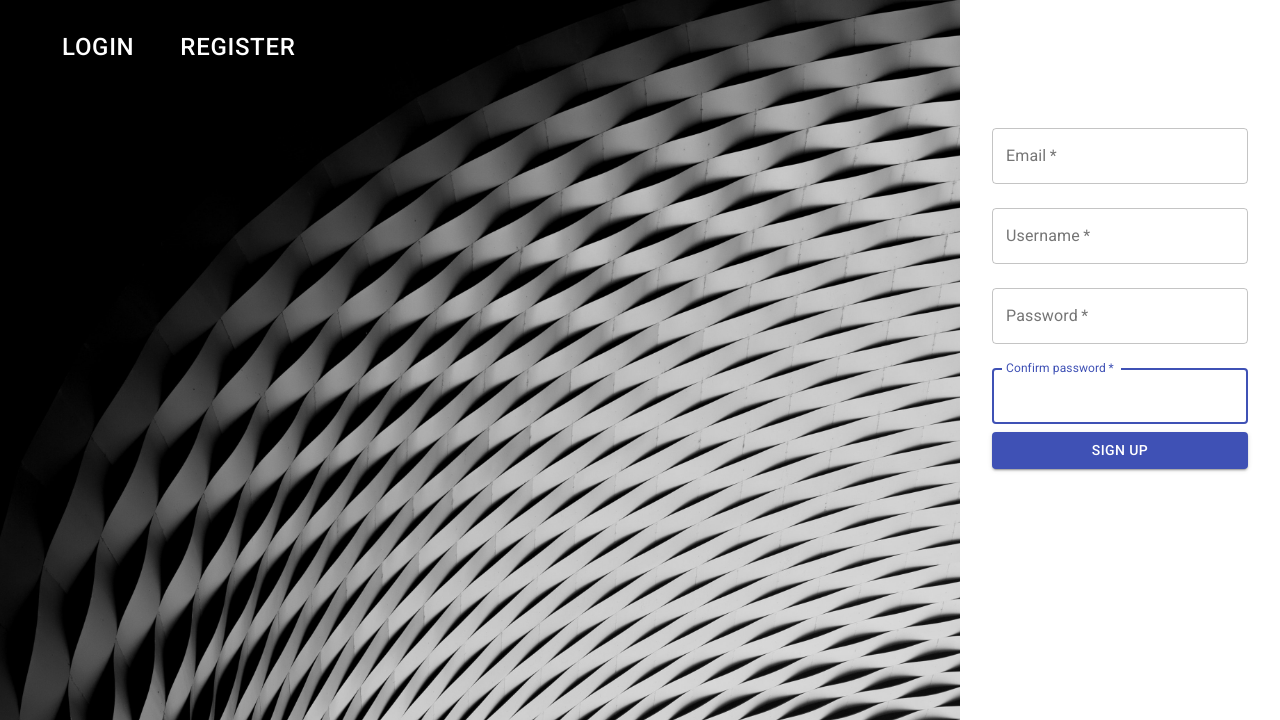
Repository: claudiuotea/FrontendAugmentator
Page: /account/register
An editor plug-in stored every save of this project. The page is shown before and after a run of saves, followed by the edit.
The browser window is 1280 px wide. The pictures show the whole page.
The project was rebuilt for these pictures with package versions that can differ from the ones it lists, and the page was loaded fresh each time. Also part of the build but not shown: src/Components/ForgotPassword.tsx, src/Components/ViewErrorInfo.tsx, src/Components/Login.tsx, src/Components/ResetPassword.tsx, src/Components/VerifyAccount.tsx, src/Utils/PrivateRoute.tsx, src/Services/AdminService.tsx, src/Components/EnhancedTableToolbar.tsx and 7 more.

Above is the page before, as saved 2021-05-18 00:37:31.

### public/index.html
<!DOCTYPE html>
<html lang="en">
  <head>
    <meta charset="utf-8" />
    <link rel="icon" href="%PUBLIC_URL%/favicon.ico" />
    <meta name="viewport" content="width=device-width, initial-scale=1" />
    <link rel="stylesheet" href="https://fonts.googleapis.com/css?family=Roboto:300,400,500,700&display=swap" />
    <link rel="stylesheet" href="https://fonts.googleapis.com/icon?family=Material+Icons" />
    <meta name="theme-color" content="#000000" />
    <meta
      name="description"
      content="Web site created using create-react-app"
    />
    <link rel="apple-touch-icon" href="%PUBLIC_URL%/logo192.png" />
    <!--
      manifest.json provides metadata used when your web app is installed on a
      user's mobile device or desktop. See https://developers.google.com/web/fundamentals/web-app-manifest/
    -->
    <link rel="manifest" href="%PUBLIC_URL%/manifest.json" />
    <!--
      Notice the use of %PUBLIC_URL% in the tags above.
      It will be replaced with the URL of the `public` folder during the build.
      Only files inside the `public` folder can be referenced from the HTML.

      Unlike "/favicon.ico" or "favicon.ico", "%PUBLIC_URL%/favicon.ico" will
      work correctly both with client-side routing and a non-root public URL.
      Learn how to configure a non-root public URL by running `npm run build`.
    -->
    <title>React App</title>
  </head>
  <body>
    <noscript>You need to enable JavaScript to run this app.</noscript>
    <div id="root"></div>
    <!--
      This HTML file is a template.
      If you open it directly in the browser, you will see an empty page.

      You can add webfonts, meta tags, or analytics to this file.
      The build step will place the bundled scripts into the <body> tag.

      To begin the development, run `npm start` or `yarn start`.
      To create a production bundle, use `npm run build` or `yarn build`.
    -->
  </body>
</html>

### src/App.tsx
import './App.css';
import { AppRoutes } from './Routes/AppRoutes';

function App() {
  return (
    <AppRoutes/>
  );
}

export default App;

### src/App.css
*{
  margin:0;
  padding:0;
}

.App {
  text-align: center;
}

.App-logo {
  height: 40vmin;
  pointer-events: none;
}

@media (prefers-reduced-motion: no-preference) {
  .App-logo {
    animation: App-logo-spin infinite 20s linear;
  }
}

.App-header {
  background-color: #282c34;
  min-height: 100vh;
  display: flex;
  flex-direction: column;
  align-items: center;
  justify-content: center;
  font-size: calc(10px + 2vmin);
  color: white;
}

.App-link {
  color: #61dafb;
}

@keyframes App-logo-spin {
  from {
    transform: rotate(0deg);
  }
  to {
    transform: rotate(360deg);
  }
}

/* De aici in jos pt contact*/

*, *:before, *:after {
  box-sizing: border-box;
  -webkit-font-smoothing: antialiased;
  -moz-osx-font-smoothing: grayscale;
}

body, button, input {
  font-family: 'Montserrat', sans-serif;
  font-weight: 700;
  letter-spacing: 1.4px;
}


.mainContainer {
  display: flex;
  height: "100vh";
  margin-top: 10%;
}

.formContainer {
  flex: 0 1 900px;
  margin: auto;
  padding: 10px;
}

.screen {
  position: relative;
  background: #3e3e3e;
  border-radius: 25px;
}

.screen:after {
  content: '';
  display: block;
  position: absolute;
  top: 0;
  left: 20px;
  right: 20px;
  bottom: 0;
  border-radius: 15px;
  box-shadow: 0 20px 40px rgba(0, 0, 0, .4);
  z-index: -1;
}

.screen-header {
  display: flex;
  align-items: center;
  padding: 10px 20px;
  background: #4d4d4f;
  border-top-left-radius: 15px;
  border-top-right-radius: 15px;
}

.screen-header-left {
  margin-right: auto;
}

.screen-header-button {
  display: inline-block;
  width: 14px;
  height: 14px;
  margin-right: 5px;
  border-radius: 10px;
  background: white;
}

.screen-header-button.close {
  background: #ed1c6f;
}

.screen-header-button.maximize {
  background: #e8e925;
}

.screen-header-button.minimize {
  background: #74c54f;
}

.screen-header-right {
  display: flex;
}

.screen-header-ellipsis {
  width: 5px;
  height: 5px;
  margin-left: 2px;
  border-radius: 8px;
  background: #999;
}

.screen-body {
  display: flex;

}

.screen-body-item {
  flex: 1;
  padding: 50px;
}

.screen-body-item.left {
  display: flex;
  flex-direction: column;
}

.app-title {
  display: flex;
  flex-direction: column;
  position: relative;
  color: #ea1d6f;
  font-size: 44px;
}

.app-title:after {
  content: '';
  display: block;
  position: absolute;
  left: 0;
  bottom: -10px;
  width: 44px;
  height: 4px;
  background: #ea1d6f;
}


.app-contact {
  margin-top: auto;
  font-size: 12px;
  color: #888;
}

.app-form-group {
  margin-bottom: 35px;
}

.app-form-group.message {
  margin-top: 30px;
}

.app-form-group.buttons {
  margin-bottom: 0;
  text-align: right;
}


.app-form-button {
  background: none;
  border: none;
  color: #ea1d6f;
  font-size: 22px;
  cursor: pointer;
  outline: none;
}

.app-form-button:hover {
  color: #b9134f;
}

@media screen and (max-width: 520px) {
  .screen-body {
    flex-direction: column;
  }

  .screen-body-item.left {
    margin-bottom: 30px;
  }

  .app-title {
    flex-direction: row;
  }

  .app-title span {
    margin-right: 12px;
  }

  .app-title:after {
    display: none;
  }
}

@media screen and (max-width: 600px) {
  .screen-body {
    padding: 40px;
  }

  .screen-body-item {
    padding: 0;
  }
}

### src/Routes/AppRoutes.tsx
import React from "react";
import { Suspense } from "react";
import { BrowserRouter as Router, Switch, Route, Redirect } from "react-router-dom";
import { NavbarNotLogged } from "../Components/NavbarNotLoggedIn";
import { Account } from "../Components/Accounts";
import { PrivateRoute } from "../Utils/PrivateRoute";
import { MainContainer } from "../Components/MainContainer";

export const AppRoutes: React.FunctionComponent<{}> = () => {
  return (
    <Router>
      <Suspense fallback={<div>Loading...</div>}>
        <Switch>
          <Route exact path="/">
            <NavbarNotLogged/>
            <Redirect push to={"/app"}/>
          </Route>
          <Route path="/account">
            <NavbarNotLogged/>
            <Account/>
          </Route>
          <PrivateRoute path="/app" component={()=><MainContainer/>}>
          </PrivateRoute>
        </Switch>
      </Suspense>
    </Router>
  );
};

### src/Components/NavbarNotLoggedIn.tsx
import React from "react";
import { makeStyles } from "@material-ui/core/styles";
import AppBar from "@material-ui/core/AppBar";
import Toolbar from "@material-ui/core/Toolbar";
import Typography from "@material-ui/core/Typography";
import Button from "@material-ui/core/Button";
import IconButton from "@material-ui/core/IconButton";
import MenuIcon from "@material-ui/icons/Menu";
import { Link } from "react-router-dom";

const useStyles = makeStyles((theme) => ({
  root: {
    flexGrow: 1,
  },
  menuButton: {
    fontSize: 24,
    marginLeft: 15,
    marginRight: 15,
  },
  title: {
    flexGrow: 1,
  },
  appBar: {
    padding: 15,
    backgroundColor: "transparent",
    boxShadow: "none",
  },

  link:{
     textDecoration:"none",
     color:"white"
  }
}));

export const NavbarNotLogged: React.FunctionComponent<{}> = () => {
  //incarca CSS-ul
  const classes = useStyles();

  return (
    <AppBar position="fixed" className={classes.appBar}>
      <Toolbar>
        <Button color="inherit" className={classes.menuButton}>
          <Link className={classes.link} to="/account/login">Login</Link>
        </Button>
        <Button color="inherit" className={classes.menuButton}>
          <Link className={classes.link} to="/account/register">Register</Link>
        </Button>
      </Toolbar>
    </AppBar>
  );
};

### src/Components/Accounts.tsx
import { Button, Grid, makeStyles, TextField } from "@material-ui/core";
import React, { Suspense } from "react";
import Image from "../Images/bg.jpg";
import { ForgotPassword } from "./ForgotPassword";
import { Login } from "./Login";
import { Register } from "./Register";
import { ResetPassword } from "./ResetPassword";
import { VerifyAccount } from "./VerifyAccount";
import {
  BrowserRouter as Router,
  useLocation,
} from "react-router-dom";


//Creez un obiect CSS
const useStyles = makeStyles((theme) => ({
  root: {
    flexGrow: 1,
  },
  //100% inaltimea paginii
  gridItem: {
    height: "100vh",
  },
  //adauga niste spatiu si centreaza-le
  form: {
    margin: theme.spacing(4),
    verticalAlign: "middle",
    marginTop: "35%",
  },
}));

export const Account: React.FunctionComponent<{}> = () => {
  //instantiez obiectul
  const classes = useStyles();
  const location = useLocation();

  //stabilim ce componenta randam in functie de path
  const renderSwitch = (param: string) => {
    switch (param) {
      case "/account/login":
        return <Login />;
      case "/account/register":
        return <Register />;
      case "/account/resetpass":
        return <ResetPassword />;
      case "/account/forgotpass":
        return <ForgotPassword />;
      case "/account/verifyaccount":
        return <VerifyAccount />;
      default:
        //TODO aici
        return <div>Wrong path</div>;
    }
  };

  return (
    //impart ecranul in 2 coloane
    <div className={classes.root + classes.gridItem}>
      <Grid container className={classes.gridItem}>
        <Grid
          item
          xs={12}
          sm={9}
          style={{
            backgroundImage: `url(${Image})`,
            backgroundRepeat: "no-repeat",
            backgroundSize: "cover",
          }}
        >
        </Grid>
        <Grid item xs={12} sm={3}>
          {renderSwitch(location.pathname)}
        </Grid>
      </Grid>
    </div>
  );
};

### src/Components/Register.tsx
import { Button, Grid, makeStyles, TextField, LinearProgress } from "@material-ui/core";
import React, { useState } from "react";
import { RegisterInterface } from "../Models/Interfaces";
import AccountService from "../Services/AccountService";

//Creez un obiect CSS
const useStyles = makeStyles((theme) => ({
  root: {
    flexGrow: 1,
  },
  //100% inaltimea paginii
  gridItem: {
    height: "100vh",
  },
  //adauga niste spatiu si centreaza-le
  form: {
    margin: theme.spacing(4),
    verticalAlign: "middle",
    marginTop: "35%",
  },

  linearProgress: {
    marginTop:15,
    marginBottom:15
},
}));

export const Register: React.FunctionComponent<any> = () => {
  //instantiez obiectul
  const classes = useStyles();
  const [username, setUsername] = useState("");
  const [password, setPassword] = useState("");
  const [confirmPassword, setConfirmPassword] = useState("");
  const [email, setEmail] = useState("");
  //pentru loading bar
 const [isFeedbackLoading, setIsFeedbackLoading] = React.useState(false);

 //verifica daca trebuie afisat loading bar
 const LinearFeedback = () => {
  if (isFeedbackLoading) {
      return (
          <div className={classes.linearProgress}>
              <LinearProgress/>
          </div>
      );
  }
}

  const onSubmit = async (event: any) => {
    if (password === confirmPassword) {
      const data: RegisterInterface = {
        username: username,
        password: password,
        email: email,
      };
      //trimite request la server
      AccountService.register(data)
        .then((resp) => {
          console.log(resp);
        })
        .catch((err) => {
          console.log(err);
        });
    } else {
      //MESSAGEBOX
      console.log("NU UITA MESSAGEBOX CA NU II BUNA PAROLA");
    }
  };
  return (
    //impart ecranul in 2 coloane
    <div className={classes.root + classes.gridItem}>
      <div className={classes.form}>
        <TextField
          variant="outlined"
          margin="normal"
          fullWidth
          required
          label="Email"
          name="email"
          value={email}
          autoFocus
          type="email"
          onChange={(e) => {
            setEmail(e.target.value);
          }}
          disabled={isFeedbackLoading}
        />
        <TextField
          variant="outlined"
          margin="normal"
          fullWidth
          required
          label="Username"
          name="username"
          value={username}
          autoFocus
          onChange={(e) => {
            setUsername(e.target.value);
          }}
          disabled={isFeedbackLoading}
        />
        <TextField
          variant="outlined"
          margin="normal"
          fullWidth
          required
          label="Password"
          name="password"
          value={password}
          autoFocus
          type="password"
          onChange={(e) => {
            setPassword(e.target.value);
          }}
          disabled={isFeedbackLoading}
        />
        <TextField
          variant="outlined"
          margin="normal"
          fullWidth
          required
          label="Confirm password"
          name="confirmPassword"
          value={confirmPassword}
          autoFocus
          type="password"
          onChange={(e) => {
            setConfirmPassword(e.target.value);
          }}
          disabled={isFeedbackLoading}
        />
        {LinearFeedback()}
        <Button
          fullWidth
          type="submit"
          variant="contained"
          color="primary"
          onClick={onSubmit}
        >
          Sign up
        </Button>
      </div>
    </div>
  );
};

### src/Services/AccountService.ts
import axios from "axios";
import {
  DownloadFileInterface,
  ForgotPasswordInterface,
  LoginInterface,
  RegisterInterface,
  ResetPasswordInterface,
  VerfiyAccountInterface,
} from "../Models/Interfaces";

export default class AccountService {
  private static readonly BASE_URL: string = "http://127.0.0.1:5000";

  static login = (data: LoginInterface): Promise<any> => {
    return axios.get(`${AccountService.BASE_URL}/login`, {
      auth: data,
    });
  };

  static register = (data: RegisterInterface): Promise<any> => {
    return axios.post(`${AccountService.BASE_URL}/register`, data);
  };

  static forgotPassword = (data: ForgotPasswordInterface): Promise<any> => {
    return axios.post(`${AccountService.BASE_URL}/forgotpass`, data);
  };

  static resetPassword = (data: ResetPasswordInterface): Promise<any> => {
    //console.log(data)
    return axios.post(`${AccountService.BASE_URL}/resetpass`, data);
  };

  static verifyAccount = (data: VerfiyAccountInterface): Promise<any> => {
    return axios.post(`${AccountService.BASE_URL}/verifyaccount`, data);
  };

  //verifica daca user-ul este admin
  static checkAdmin = (): Promise<any> => {
    let accessToken = window.localStorage.getItem("AccessToken");
    console.log("Sunt in checkAdmin si primesc token " + accessToken);
    let config = {
      headers: {
        Authorization: `Bearer ${accessToken}`,
      },
    };
    return axios.get(`${AccountService.BASE_URL}/checkadmin`, config);
  };

  //verifica daca token-ul e valid, daca nu e valid, utilizeaza refresh token ca sa primeasca un token nou
  static refreshToken = (): Promise<any> => {
    let refreshToken = window.localStorage.getItem("RefreshToken");

    let config = {
      headers: {
        Authorization: `Bearer ${refreshToken}`,
      },
    };
    localStorage.removeItem("AccessToken");
    return axios.post(`${AccountService.BASE_URL}/refresh`, {}, config);
  };

  static logout = (): void => {
    localStorage.removeItem("RefreshToken");
    localStorage.removeItem("AccessToken");
  };

  static downloadFromServer(fileName: string) {
    window.open("http://127.0.0.1:5000/get-file/" + fileName);
  }

  static downloadFile = (fileNameParam:string,publicIdParam:string): Promise<any> => {
    let accessToken = window.localStorage.getItem("AccessToken");

    let config = {
      headers: {
        Authorization: `Bearer ${accessToken}`,
      },
    };
   //  return axios.post(`${AccountService.BASE_URL}/download`, data, config);

    const FileDownload = require("js-file-download");

    return axios({
      url: `${AccountService.BASE_URL}/download/${publicIdParam}/${fileNameParam}`,
      method: "GET",
      responseType: "blob",
      headers: {"Authorization" : `Bearer ${accessToken}`}
    })
  };
}

Loaded but not shown: src/index.tsx (common file); src/index.css (common file); src/reportWebVitals.ts (common file)

After the next 2 saves:
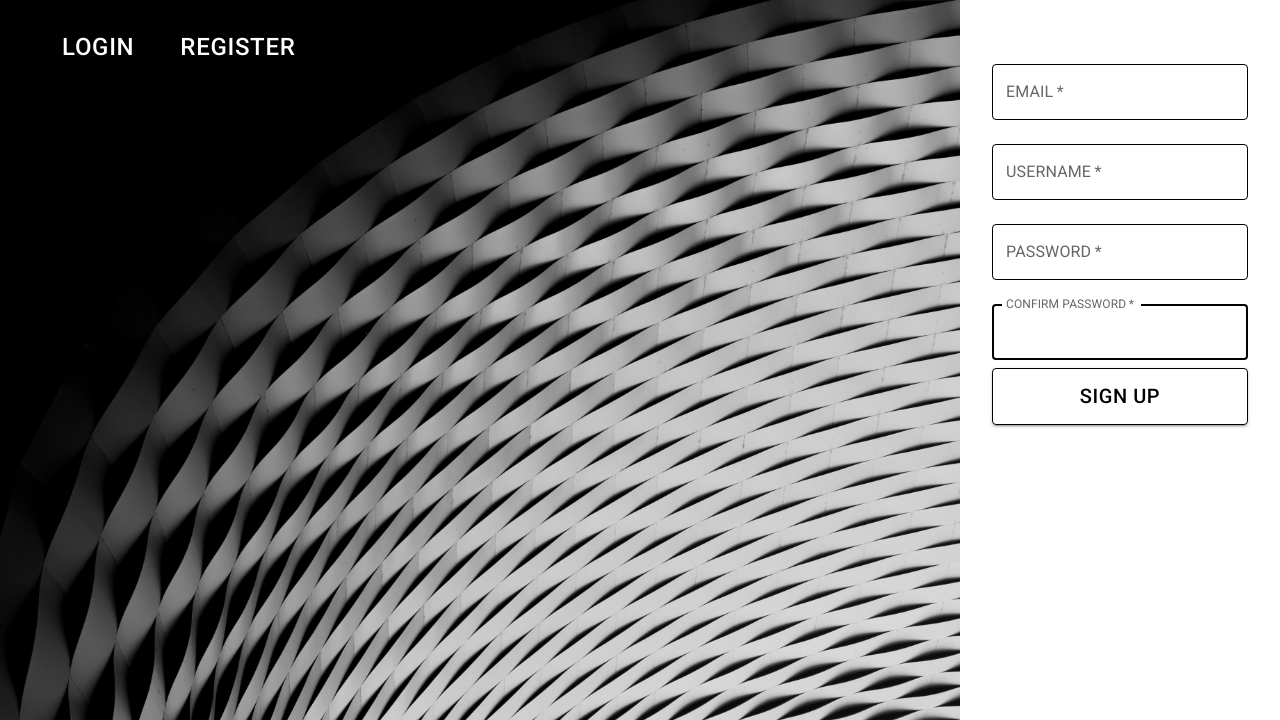
The 2 saves are shown as one change because they came seconds apart.
The last was saved 2 min 0 s later.
--- a/src/Components/Register.tsx
+++ b/src/Components/Register.tsx
@@ -1,4 +1,10 @@
-import { Button, Grid, makeStyles, TextField, LinearProgress } from "@material-ui/core";
+import {
+  Button,
+  Grid,
+  makeStyles,
+  TextField,
+  LinearProgress,
+} from "@material-ui/core";
 import React, { useState } from "react";
 import { RegisterInterface } from "../Models/Interfaces";
 import AccountService from "../Services/AccountService";
@@ -16,15 +22,64 @@ const useStyles = makeStyles((theme) => ({
   form: {
     margin: theme.spacing(4),
     verticalAlign: "middle",
-    marginTop: "35%",
-  },
-
+    marginTop: "15%",
+  },
   linearProgress: {
-    marginTop:15,
-    marginBottom:15
-},
+    marginTop: 15,
+    marginBottom: 15,
+  },
+  textFieldInputProps: {
+    color: "black !important",
+    width: "100%",
+    background: "none",
+    border: "none",
+    outline: "none",
+    transition: "border-color .2s",
+  },
+  textField: {
+    color: "white !important",
+    textTransform: "uppercase",
+    background: "none",
+
+    "& .MuiFormLabel-root": {
+      color: "#666",
+    },
+    "& .MuiInput-underline:before": {
+      borderBottomColor: "white",
+    },
+    "& .MuiInput-underline:after": {
+      borderBottomColor: "white",
+    },
+    "& .MuiInput-underline:hover:not(.Mui-disabled):before": {
+      borderBottomColor: "white",
+    },
+    "& .MuiOutlinedInput-notchedOutline": {
+      border: "1px solid black",
+    },
+    "& .MuiOutlinedInput-root.Mui-focused .MuiOutlinedInput-notchedOutline": {
+      border: "2px solid black",
+      background: "none",
+    },
+
+    fontFamily: "Montserrat",
+  },
+
+  button: {
+    border: "1px solid ",
+    background: "none",
+    fontSize: 20,
+    cursor: "pointer",
+    padding: "10px 20px",
+    transition: "0.8s",
+    color: "#000",
+    borderColor: "#000",
+    "&:hover": {
+      color: "#fff",
+      background: "#000",
+      borderColor: "#000",
+    },
+  },
 }));
-
 export const Register: React.FunctionComponent<any> = () => {
   //instantiez obiectul
   const classes = useStyles();
@@ -33,18 +88,18 @@ export const Register: React.FunctionComponent<any> = () => {
   const [confirmPassword, setConfirmPassword] = useState("");
   const [email, setEmail] = useState("");
   //pentru loading bar
- const [isFeedbackLoading, setIsFeedbackLoading] = React.useState(false);
-
- //verifica daca trebuie afisat loading bar
- const LinearFeedback = () => {
-  if (isFeedbackLoading) {
+  const [isFeedbackLoading, setIsFeedbackLoading] = React.useState(false);
+
+  //verifica daca trebuie afisat loading bar
+  const LinearFeedback = () => {
+    if (isFeedbackLoading) {
       return (
-          <div className={classes.linearProgress}>
-              <LinearProgress/>
-          </div>
+        <div className={classes.linearProgress}>
+          <LinearProgress />
+        </div>
       );
-  }
-}
+    }
+  };
 
   const onSubmit = async (event: any) => {
     if (password === confirmPassword) {
@@ -84,6 +139,8 @@ export const Register: React.FunctionComponent<any> = () => {
             setEmail(e.target.value);
           }}
           disabled={isFeedbackLoading}
+          inputProps={{ className: classes.textFieldInputProps }}
+          className={classes.textField}
         />
         <TextField
           variant="outlined"
@@ -98,6 +155,8 @@ export const Register: React.FunctionComponent<any> = () => {
             setUsername(e.target.value);
           }}
           disabled={isFeedbackLoading}
+          inputProps={{ className: classes.textFieldInputProps }}
+          className={classes.textField}
         />
         <TextField
           variant="outlined"
@@ -113,6 +172,8 @@ export const Register: React.FunctionComponent<any> = () => {
             setPassword(e.target.value);
           }}
           disabled={isFeedbackLoading}
+          inputProps={{ className: classes.textFieldInputProps }}
+          className={classes.textField}
         />
         <TextField
           variant="outlined"
@@ -128,9 +189,12 @@ export const Register: React.FunctionComponent<any> = () => {
             setConfirmPassword(e.target.value);
           }}
           disabled={isFeedbackLoading}
+          inputProps={{ className: classes.textFieldInputProps }}
+          className={classes.textField}
         />
         {LinearFeedback()}
         <Button
+          className={classes.button}
           fullWidth
           type="submit"
           variant="contained"
